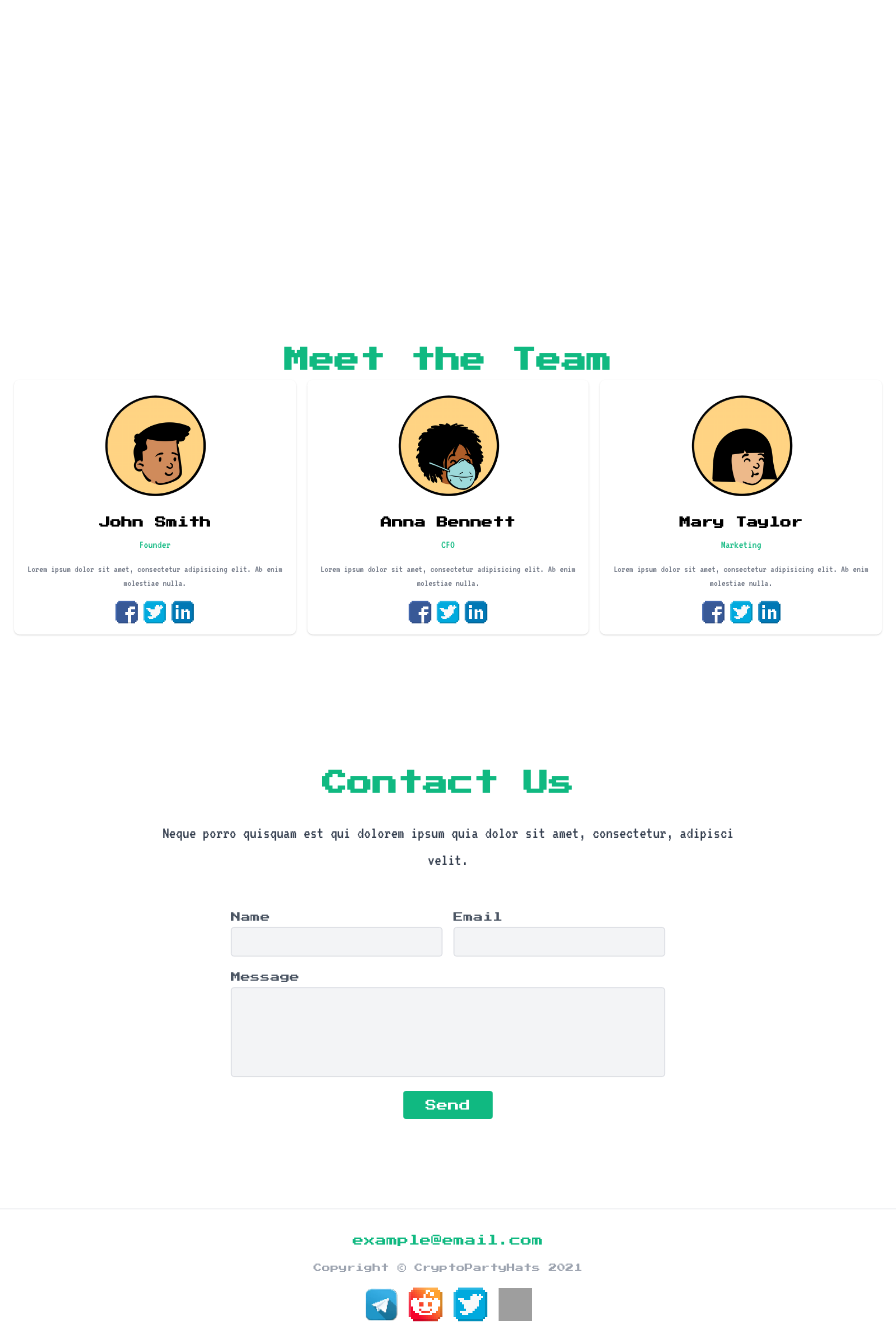
Repository: rhinorphan/phat-landing-page
Page: /
These files come from the project's save history. The page is drawn as it stood at one moment and after the next save; the edit follows.
The browser window is 1280 px wide. The pictures show the part of the page from y = 2278 to 4198 px (the page is 4174 px tall before and 4198 px after), at 70% of full size.
Pictures or frames that could not be fetched are drawn as grey boxes. The project was rebuilt for these pictures with package versions that can differ from the ones it lists, and the page was loaded fresh each time. Also part of the build but not shown: craco.config.js.

Above is the page before, as saved 2021-11-17 23:17:24.

After the next save:
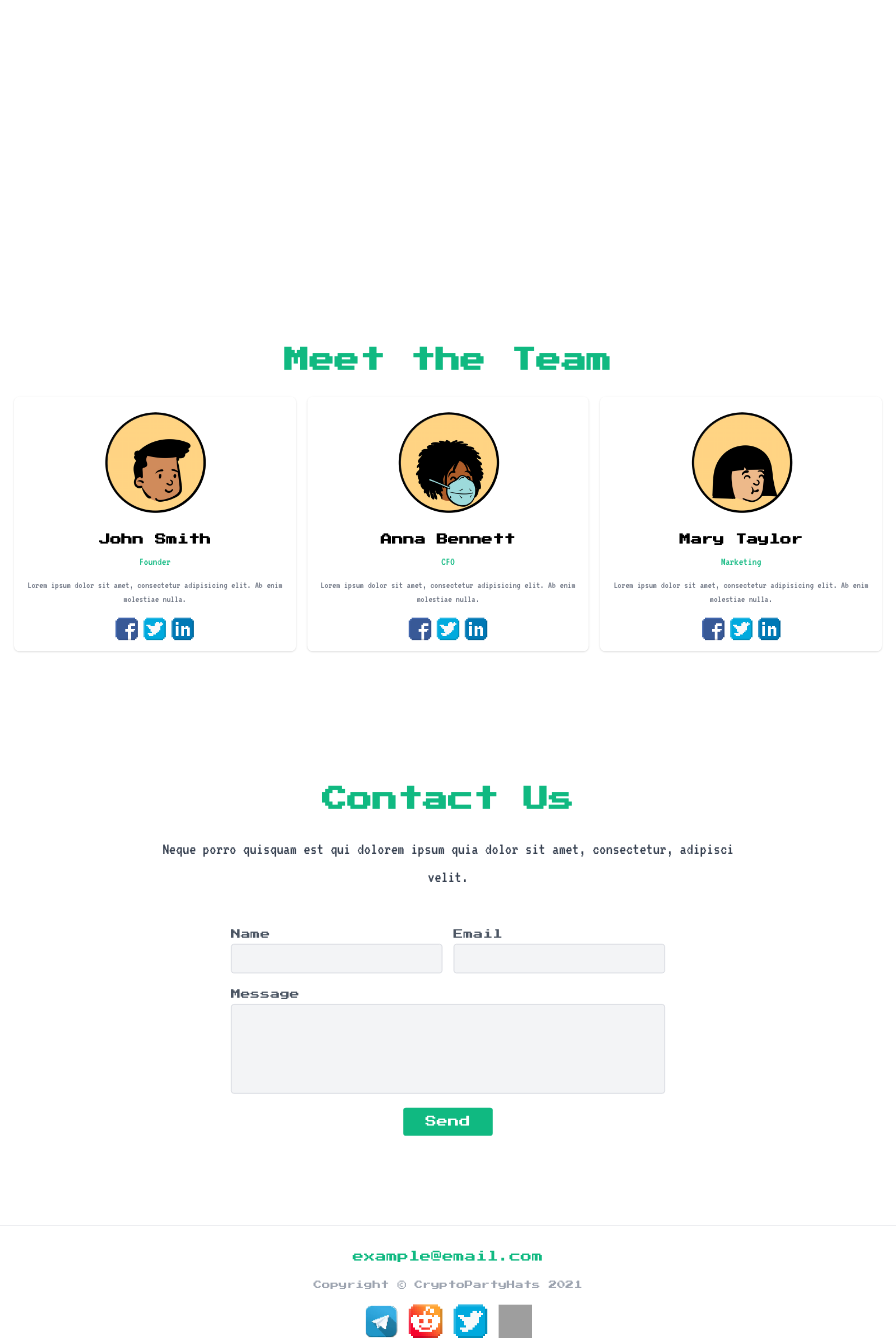
Saved 59 s later.
--- a/src/components/About.js
+++ b/src/components/About.js
@@ -6,7 +6,7 @@ function About() {
   return (
     <section name="about" className="h-100 container px-5 py-24 mx-auto flex-col">
       <div>
-        <p className="flex text-4xl  font-bold mb-2 text-green-500 justify-center">Meet the Team</p>
+        <p className="flex text-4xl  font-bold mb-8 text-green-500 justify-center">Meet the Team</p>
       </div>
       <div class="flex flex-col sm:flex-row gap-4">
 
